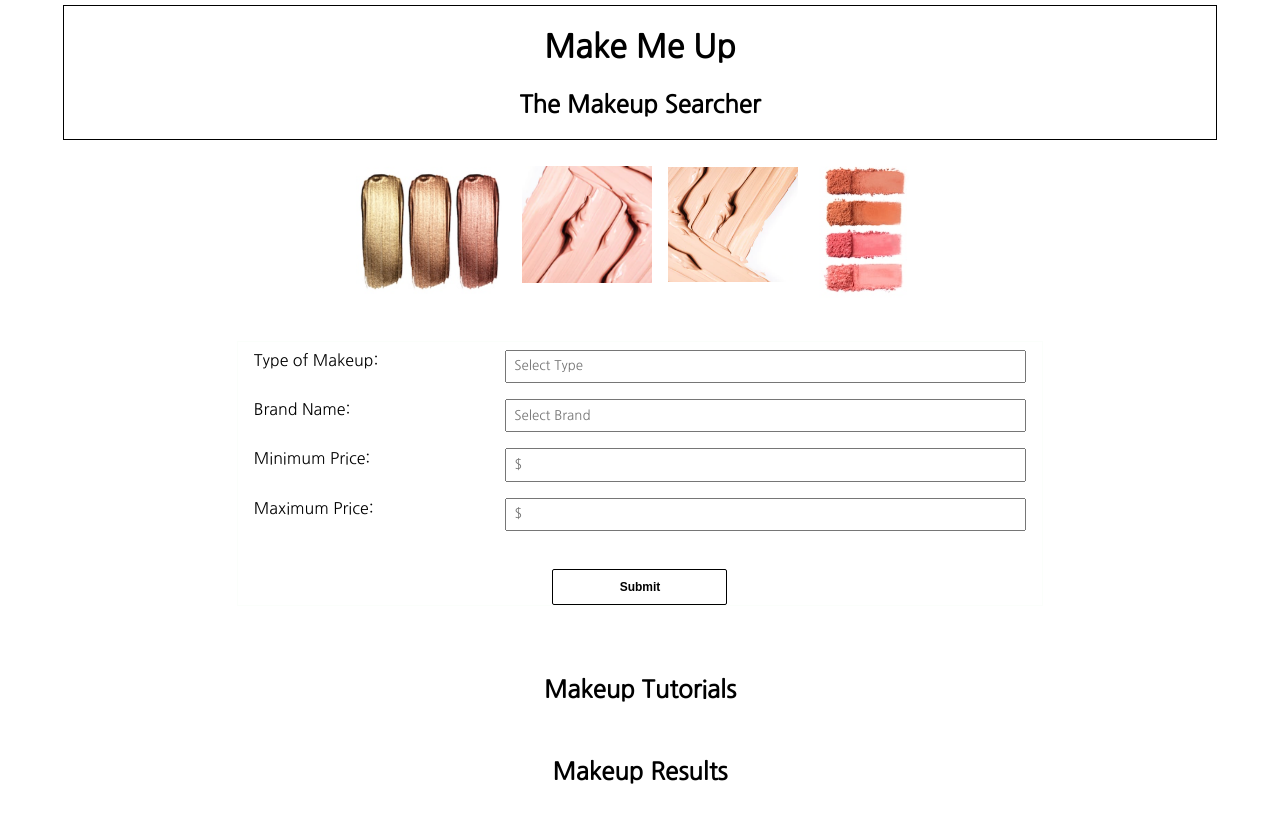
Repository: kaitlynMidori/MakeMeUp
Page: index.html
These files come from the project's save history. The page is drawn as it stood at one moment and after the next save; the edit follows.
The browser window is 1280 px wide. The pictures show the whole page.

Above is the page before, as saved 2020-12-14 12:31:22.

After the next save:
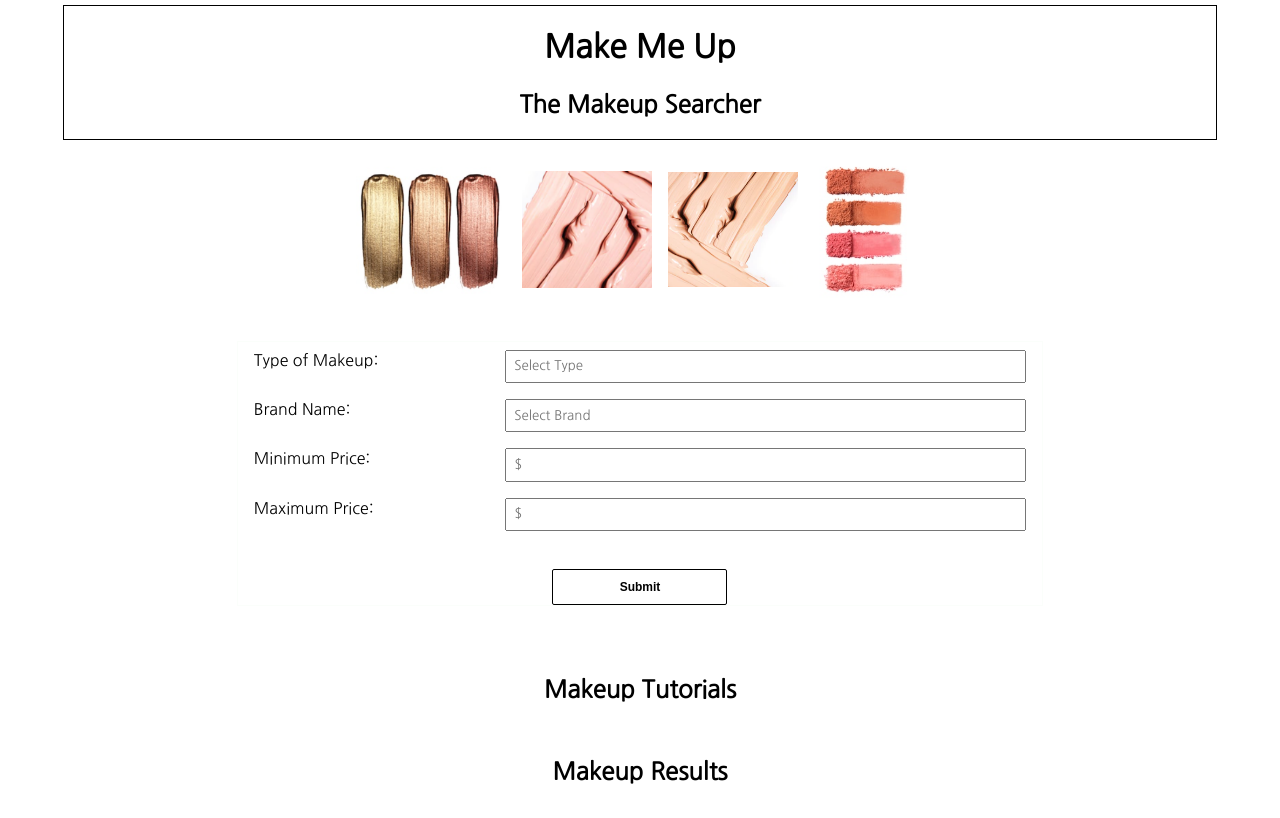
Saved 25 s later.
--- a/index.html
+++ b/index.html
@@ -24,8 +24,8 @@
 
     <div id="img-container" class="img" style="padding: 5px;">
         <img src="images/smear2.png" alt="lipstick smear" height="150px" width="150px" style="padding-top: 10px; padding-right: 8px;">
-        <img src="images/smear3.png" alt="blush smear" height="130px" width="130px" style="padding-top: 15px;padding-right: 8px; padding-left: 8px;">
-        <img src="images/smear1.png" alt="eyeshadow smear" height="130px" width="130px" style="padding-top: 15px;padding-left: 8px;">
+        <img src="images/smear3.png" alt="blush smear" height="130px" width="130px" style="padding-top: 20px;padding-right: 8px; padding-left: 8px;">
+        <img src="images/smear1.png" alt="eyeshadow smear" height="130px" width="130px" style="padding-top: 20px;padding-left: 8px;">
         <img src="images/smear4.jpg" alt="concealer smear">
     </div>
 
